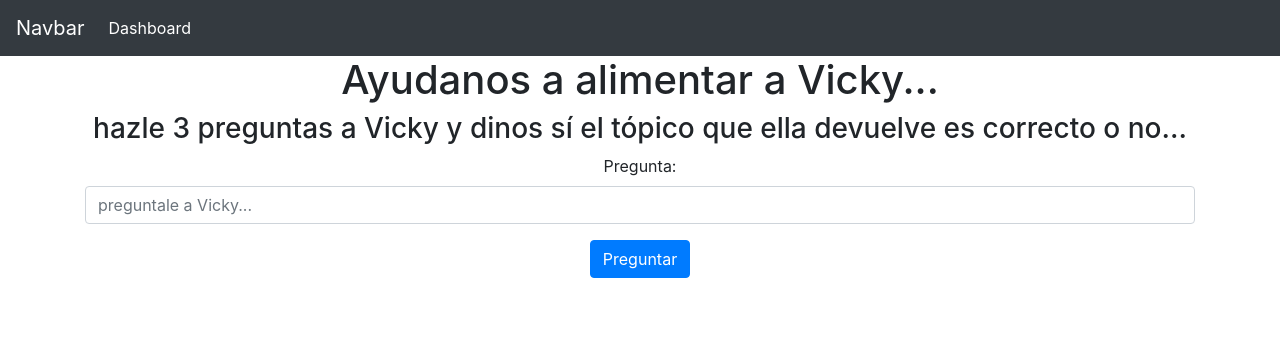
Repository: Crixtiancub/feedback_Vicky
Page: http://localhost/
These files come from the project's save history. The page is drawn as it stood at one moment and after the next save; the edit follows.
The browser window is 1280 px wide. The pictures show the whole page.
The page is served by the project's application, run on Django 3.2 (manage.py).

Above is the page before, as saved 2021-05-11 15:49:02.

After the next save:
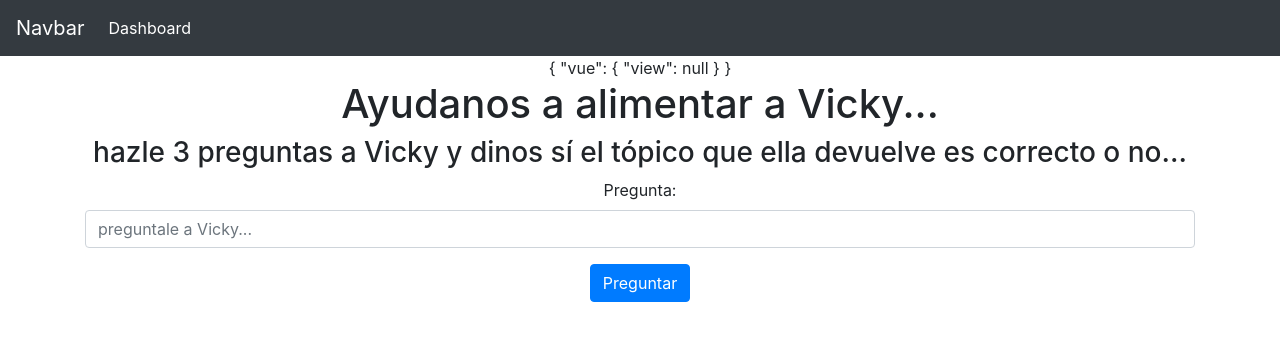
Saved 115 s later.
--- a/vicky/templates/dashboard.html
+++ b/vicky/templates/dashboard.html
@@ -3,6 +3,8 @@
 {% block content %}
 
 <div id="form_vicky" class="container text-center">
+
+    [[ $data ]]
 
     <h1>Ayudanos a alimentar a Vicky...</h1>
 
